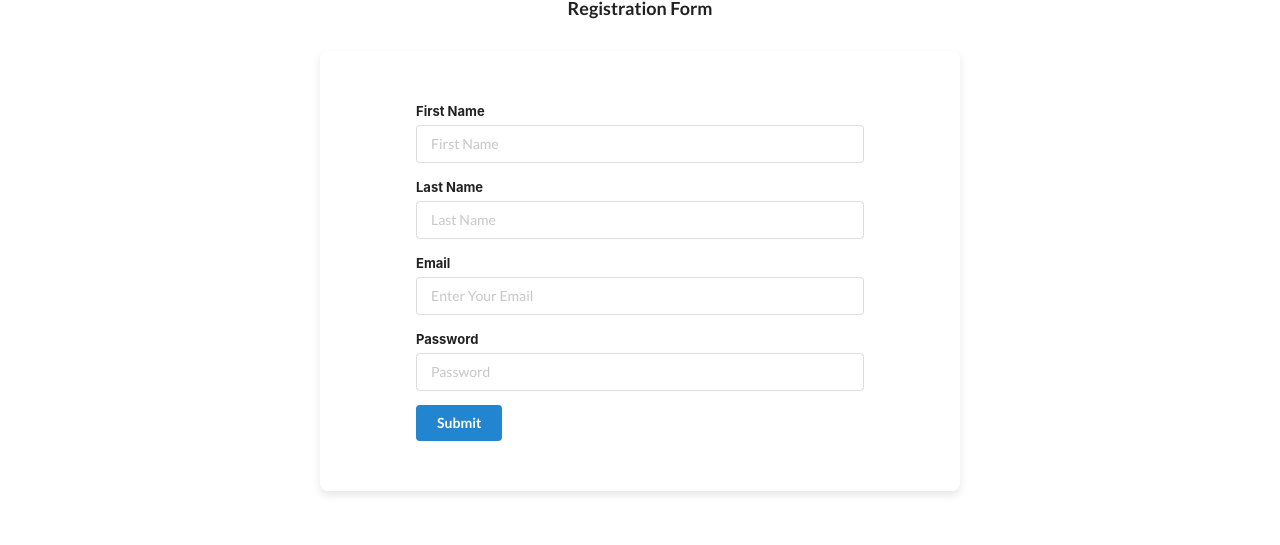
Repository: Wahid137/registration-form
Page: /
These files come from the project's save history. The page is drawn as it stood at one moment and after the next save; the edit follows.
The browser window is 1280 px wide. The pictures show the whole page.
The project was rebuilt for these pictures with package versions that can differ from the ones it lists, and the page was loaded fresh each time. Also part of the build but not shown: src/App.css.

Above is the page before, as saved 2024-05-01 10:35:35.

After the next save:
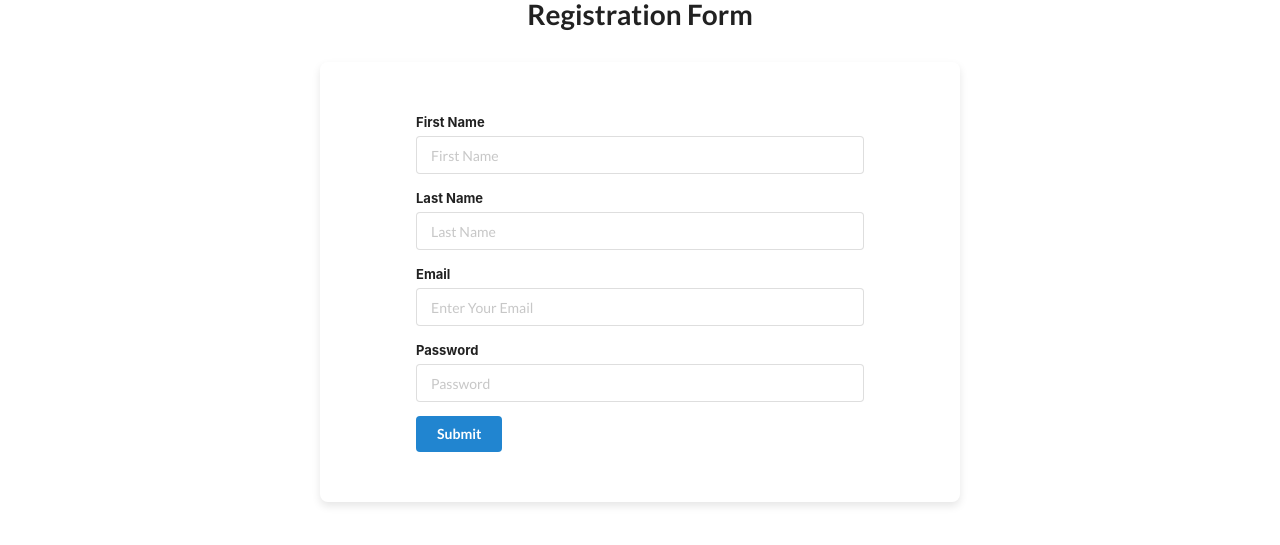
Saved 17 s later.
--- a/src/App.js
+++ b/src/App.js
@@ -5,7 +5,7 @@ import Register from './components/Register';
 function App() {
   return (
     <div className="App">
-      <Header as='h3' textAlign='center'>
+      <Header as='h1' textAlign='center'>
         Registration Form
       </Header>
       <Register />
